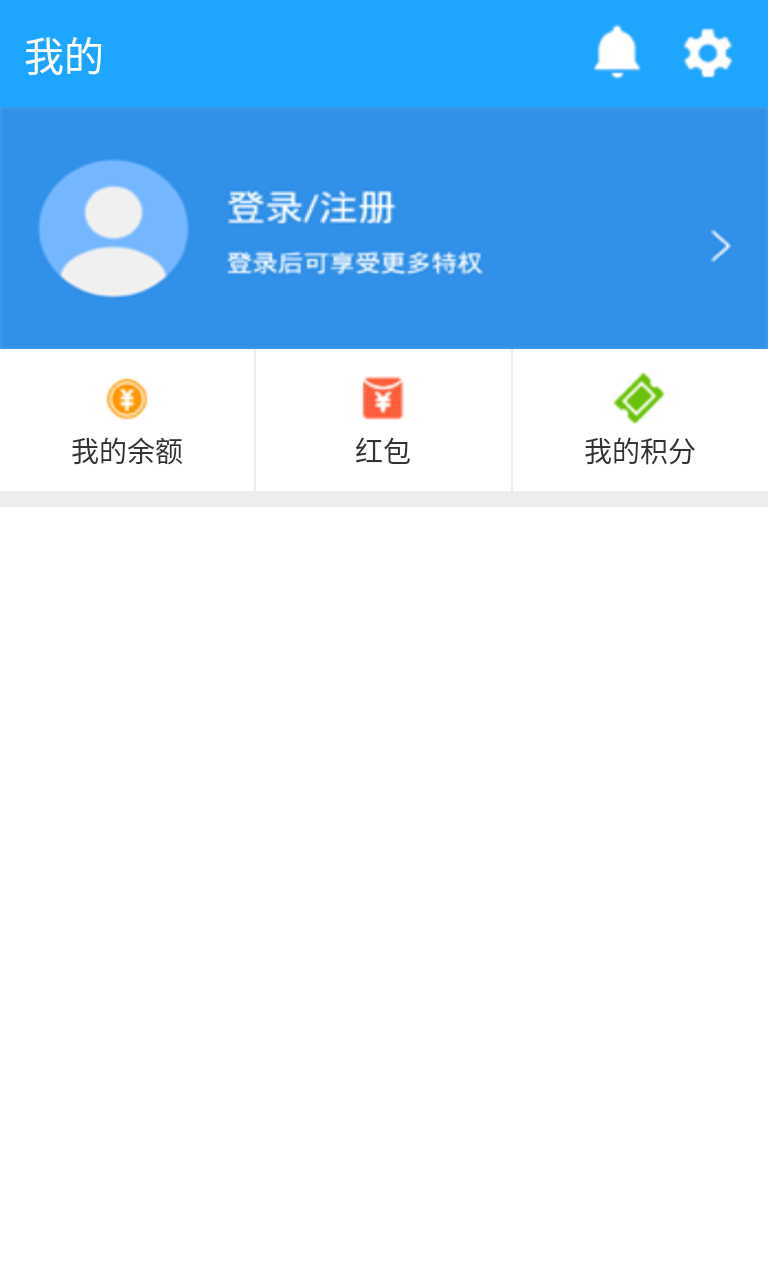
Repository: shi1hh/v
Layout: HungryTest/res/layout/fragment_wode.xml
These files come from the project's save history. The layout is drawn as it stood at one moment and after the next save; the edit follows.
It is drawn on a 768 x 1280 px phone screen (xhdpi) without system bars, with theme android:Theme.Light.NoTitleBar; the app's code is not run.

Above is the layout before, as saved 2015-10-25 11:56:36.

### HungryTest/res/layout/fragment_wode.xml
<?xml version="1.0" encoding="utf-8"?>
<LinearLayout xmlns:android="http://schemas.android.com/apk/res/android"
    android:layout_width="match_parent"
    android:layout_height="match_parent"
    android:orientation="vertical" >

    <RelativeLayout
        android:layout_width="match_parent"
        android:layout_height="wrap_content"
        android:background="@color/blackground" >

        <TextView
            style="@style/normal_text"
            android:layout_width="wrap_content"
            android:layout_height="wrap_content"
            android:layout_alignParentLeft="true"
            android:layout_alignParentTop="true"
            android:layout_centerVertical="true"
            android:background="@color/blackground"
            android:gravity="center"
            android:text="@string/wode_title" />

        <Button
            android:id="@+id/button2"
            android:layout_width="wrap_content"
            android:layout_height="wrap_content"
            android:layout_centerVertical="true"
            android:layout_marginRight="15dp"
            android:layout_toLeftOf="@+id/button1"
            android:background="@drawable/wodetitle1" />

        <Button
            android:id="@+id/button1"
            android:layout_width="wrap_content"
            android:layout_height="wrap_content"
            android:layout_alignParentRight="true"
            android:layout_centerVertical="true"
            android:layout_marginRight="15dp"
            android:background="@drawable/wodetitle2" />
    </RelativeLayout>

    <Button
        android:id="@+id/button3"
        android:layout_width="match_parent"
        android:layout_height="wrap_content"
        android:background="@drawable/wodeuserlogo" />

    <LinearLayout
        android:layout_width="match_parent"
        android:layout_height="wrap_content"
        android:background="@color/blackground2"
        android:orientation="horizontal"
        android:paddingBottom="8dp" >

        <TextView
            android:id="@+id/button5"
            android:layout_width="0dp"
            android:layout_height="wrap_content"
            android:layout_weight="1"
            android:background="@color/white"
            android:drawableTop="@drawable/wodewodeyue"
            android:gravity="center"
            android:padding="@dimen/padding_wode_yue_jifen_hongbao"
            android:text="@string/wode_wodeyue" />

        <TextView
            android:id="@+id/button4"
            android:layout_width="0dp"
            android:layout_height="wrap_content"
            android:layout_weight="1"
            android:background="@color/white"
            android:drawableTop="@drawable/wodehongbao"
            android:gravity="center"
            android:layout_marginLeft="1dp"
            android:layout_marginRight="1dp"
                        android:padding="@dimen/padding_wode_yue_jifen_hongbao"
            android:text="@string/wode_hongbao" />

        <TextView
            android:id="@+id/button6"
            android:layout_width="0dp"
            android:layout_height="wrap_content"
            android:layout_weight="1"
            android:background="@color/white"
            android:drawableTop="@drawable/wodejifen"
            android:gravity="center"
                        android:padding="@dimen/padding_wode_yue_jifen_hongbao"
            android:text="@string/wode_jifen" />
    </LinearLayout>

</LinearLayout>

### HungryTest/res/values/color.xml
<?xml version="1.0" encoding="utf-8"?>
<resources>
    <color name="sum">#ffffff</color>
    <color name="balance">#00FF7F</color>
    <color name="balance_text">#ffffff</color>
    <color name="lvlft_select">#ffffff</color>
    <color name="lvlft_black">#CFCFCF</color>
    <color name="white">#ffffff</color>
    <color name="navigation_bg">#F6F6F6</color>
      <color name="blackground">#1EA5FF</color>
      <color name="text_gray">#CCCCCC</color>
      <color name="waimai_divider">#EEEEEC</color>
      <color name="normal_text">#ffffff</color>
      <color name="blackground2">#eceeee</color>
      <color name="login_button">#60C04D</color>
      <color name="divider">#EEEEEC</color>
      <color name="text_gray_2">#8F8F8F</color>
      <color name="blackground_cart_listview">#F2F2F2</color>
      <color name="black">#FFFAFA</color>
      <color name="text1">#EE2C2C</color>
      <color name="text2">#DAA520</color>
</resources>

### HungryTest/res/values/styles.xml
<resources xmlns:android="http://schemas.android.com/apk/res/android">

    <!--
        Base application theme, dependent on API level. This theme is replaced
        by AppBaseTheme from res/values-vXX/styles.xml on newer devices.





    -->
    <style name="CartActionbar" parent="@android:style/Theme.Holo.Light">

        <!--
            Theme customizations available in newer API levels can go in
            res/values-vXX/styles.xml, while customizations related to
            backward-compatibility can go here.


        -->
        <item name="android:actionBarStyle">@style/CartActionbarBlackground
</item>
<item name="android:actionBarTabTextStyle">@style/CartActionbarTabText</item>
<item name="android:actionBarTabStyle">@style/CartActionbarBackground</item>
<item name="android:textSize">20sp</item>
<item name="android:homeAsUpIndicator">@drawable/back</item>
    </style>

    <style name="CartActionbarBlackground" parent="@android:style/Widget.Holo.Light.ActionBar">
        <item name="android:background">@color/blackground</item>
           <item name="android:gravity">center_horizontal</item>
           <item name="android:titleTextStyle">@style/MyActionBarTitleText</item>

    </style>
        <style name="MyActionBarTitleText" parent="@android:style/TextAppearance.Holo.Widget.ActionBar.Title">
        <item name="android:textColor">#fff</item>
    </style>
    <style name="CartActionbarTabText" parent="@android:style/Widget.ActionBar.TabText">
        <item name="android:textColor">@drawable/selector_cart_tab</item>
        <item name="android:gravity">center_horizontal</item>
    </style>
  <style name="CartActionbarBackground" parent="@android:style/Widget.ActionBar.TabBar" >
      <item name="android:background">@drawable/selector_cart_tab_background</item>
      <item name="android:gravity">center_horizontal</item>
      <item name="android:alignmentMode" >alignBounds</item>
  </style>


  <style name="Universal" parent="@android:style/Theme.Holo.Light">
        <item name="android:actionBarStyle">@style/CartActionbarBlackground
</item>
<item name="android:textSize">20sp</item>
<item name="android:homeAsUpIndicator">@drawable/back</item>
</style>







    <!-- Application theme. -->
    <style name="AppTheme" parent="AppBaseTheme">
        <!-- All customizations that are NOT specific to a particular API-level can go here. -->
    </style>




    <style name="text">
        <item name="android:textSize">10sp</item>
        <item name="android:gravity">center_horizontal</item>
    </style>

    <style name="waimai_tb_text">
        <item name="android:textSize">13sp</item>
        <item name="android:gravity">center_horizontal</item>
    </style>

    <style name="waimai_money_text">
        <item name="android:textColor">#FF3030</item>
        <item name="android:textSize">20sp</item>
    </style>

    <style name="back">
        <item name="android:textColor">#ffffff</item>
        <item name="android:textSize">30sp</item>
        <item name="android:text">←</item>
    </style>

    <!-- 外卖页面 -->
    <style name="waimai_store_name_textsize">
        <item name="android:textSize">20sp</item>
    </style>

    <style name="normal_text">
        <item name="android:textSize">20sp</item>
        <item name="android:textColor">#ffffff</item>
        <item name="android:padding">12dp</item>
    </style>
<!-- 登录页面 -->
    <style name="login_">
        <item name="android:textSize">20sp</item>
        <item name="android:textColor">#ffffff</item>
        <item name="android:padding">10dp</item>
        <item name="android:gravity">center</item>
        <item name="android:text">登录</item>
    </style>

    <style name="forget_psw">
        <item name="android:textColor">#1EA5FF
</item>
        <item name="android:text">忘记密码?</item>
    </style>

    <style name="login_message">
        <item name="android:textColor">#1EA5FF
</item>
        <item name="android:text">短信验证码登录</item>
    </style>
<!-- 发现页面 -->
    <style name="faxian_reward_btn">
        <item name="android:textColor">#ffffff</item>
        <item name="android:background">#FF4500</item>
        <item name="android:text">抽奖</item>
        <item name="android:padding">5dp</item>
    </style>

    <!-- 购物车 -->
   <style
       name="cart_menu_right_grouptext"
       ><item name="android:textColor">#777777</item>
<item name="android:textSize">15sp</item>
<item name="android:background">#F5F5F5</item>
<item name="android:padding">5dp</item></style>

   <style
       name="cart_menu_right_item_name"
       ><item name="android:textSize">20sp</item>
       <item name="android:textColor">#333333</item>
   </style>
   <style
       name="cart_menu_right_item_note"
       ><item name="android:textSize">12sp</item>
       <item name="android:textColor">#999999</item>
   </style>
   <style name="cart_menu_right_item_price">
       <item name="android:textColor">#FF3030</item>
       <item name="android:textSize">23sp</item>

   </style>
   <style
       name="cart_menu_right_item_count"
       ><item name="android:textColor">@color/blackground</item>
       <item name="android:textSize">20sp</item>
       <item name="android:layout_marginRight">5dp</item>
   </style>
   <style
       name="cart_menu_right_item_sells"
       ><item name="android:textColor">#999999</item>
   <item name="android:textSize">12sp</item>
   <item  name="android:layout_marginLeft">5dp</item></style>
   <style name="cart_menu_left_item_name" >
       <item
           name="android:textSize"
           >15sp</item>
       <item  name="android:textColor">#666666</item>
       <item name="android:layout_marginLeft">8dp</item>
   </style>
   <style name="cart_menu_car">
       <item name="android:height">50dp</item>
       <item name="android:background">#4E4E4E</item>
       <item name="android:alpha">0.8</item>
   </style>
   <!-- 出错页面 -->
   <style name="error_button">
       <item name="android:background"  >@color/blackground</item>
       <item name="android:textSize">20sp</item>
       <item name="android:text">重新加载</item>
       <item name="android:textColor">#ffffff</item>
       <item name="android:padding">5dp</item>
   </style>

   <!-- 商家页面 -->
   <style name="seller_name">
<item name="android:gravity">center</item>
       <item name="android:textSize">20sp</item>

   </style>
   <style name="seller_span_text">
       <item name="android:textColor">@color/text_gray_2</item>
       <item name="android:textSize">15sp</item>
       <item name="android:padding">20dp</item>
   </style>
   <style name="seller_announcement">
       <item name="android:textColor">#FF7256</item>
       <item name="android:text">商家公告</item>
       <item name="android:padding">12dp</item>
   </style>
   <style name="seller_introdu_text">
       <item name="android:text">商家简介</item>
       <item name="android:textColor">#9A9A9A</item>
       <item name="android:padding">12dp</item>
   </style>
   <style name="seller_introdu_content">
       <item name="android:textColor">#333333</item>
          <item name="android:padding">12dp</item>
          <item name="android:text">叫外卖，上饿了么！</item>
   </style>
   <style name="seller_detail"><item name="android:text">商家信息</item>
            <item name="android:textColor">#9A9A9A</item>
                   <item name="android:padding">12dp</item>
   </style>
   <style name="seller_detail_content"><item name="android:textColor">#333333</item>
              <item name="android:padding">12dp</item>
   </style>

   <!-- 评价页面 -->
   <style name="evaluate_service_text">
       <item name="android:textColor">#9A9A9A</item>
                <item name="android:padding">5dp</item>
                <item name="android:text">服务态度</item>
                <item name="android:textSize">13sp</item>
   </style>
   <style name="evaluate_goods_text">
         <item name="android:textColor">#9A9A9A</item>
                <item name="android:padding">5dp</item>
                <item name="android:text">菜品评分</item>
                                <item name="android:textSize">13sp</item>
                <item name="android:gravity">center</item>
   </style>
   <style name="evaluate_goods_score">
       <item name="android:textColor">#EE2C2C</item>
              <item name="android:padding">5dp</item>
                              <item name="android:textSize">13sp</item>
               <item name="android:text">分</item>
   </style>



</resources>

### HungryTest/res/values/strings.xml
<?xml version="1.0" encoding="utf-8"?>
<resources>

    <string name="app_name">HungryTest</string>
    <string name="hello_world">Hello world!</string>
    <string name="action_settings">Settings</string>
    <string name="navigation1">外卖</string>
 <string name="navigation2">订单</string>
  <string name="navigation3">发现</string>
   <string name="navigation4">我</string>
   <string name="waimai_tb1">便利店</string>
    <string name="waimai_tb2">品牌馆</string>
     <string name="waimai_tb3">水果</string>
      <string name="waimai_tb4">鲜花蛋糕</string>
       <string name="waimai_tb5">新店特惠</string>
        <string name="waimai_tb6">夜宵</string>
         <string name="waimai_tb7">预定早餐</string>
         <string name="dingdan_text1">订单</string>
         <string name="login_reg">注册</string>
         <string name="back">←</string>
         <string name="dingdan_dingdan">订单</string>
         <string name="dingdan_breakfast">早餐订单</string>
         <string name="login_psw_hint">登录密码</string>
         <string name="login_user_hint">手机/邮箱/用户名</string>
         <string name="login_login">登录</string>
         <string name="login_wx">微信</string>
         <string name="login_qq">QQ</string>
         <string name="login_xl">微博</string>
         <string name="faxian_logo">发现</string>
         <string name="faxian_xianshihaoli">限时好礼</string>
         <string name="faxian_gengduohaoli">更多好礼  ></string>
         <string name="faxian_gengduohaoli_button">更多好礼</string>
         <string name="wode_title">我的</string>
         <string name="wode_wodeyue">我的余额</string>
         <string name="wode_hongbao">红包</string>
         <string name="wode_jifen">我的积分</string>
         <string name="cart_tab_menu">菜单</string>
         <string name="cart_tab_evaluate">评价</string>
         <string name="cart_tab_seller">商家</string>
         <string name="seller_speed">分钟\n平均送餐时间</string>
         <string name="seller_min">元\n起送价</string>
         <string name="seller_dispatch">元\n配送费</string>
</resources>

### HungryTest/res/values/dimens.xml
<resources>

    <!-- Default screen margins, per the Android Design guidelines. -->
    <dimen name="activity_horizontal_margin">16dp</dimen>
    <dimen name="activity_vertical_margin">16dp</dimen>
<dimen name="login_usertop_margin">13dp</dimen>
<dimen  name="login_user_pendding">17dp</dimen>
<dimen name="divider_large">10dp</dimen>
<dimen name="divider_small">1dp</dimen>
<dimen name="faxian_timelimi">20sp</dimen>
<dimen name="padding_faxian_timelimi">10dp</dimen>
<dimen name="padding_faxian_gengduohaoli">5dp</dimen>
<dimen name="padding_faxian_gengduohaoli_btn">20dp</dimen>

<dimen name="padding_wode_yue_jifen_hongbao">10dp</dimen>

</resources>

After the next save:
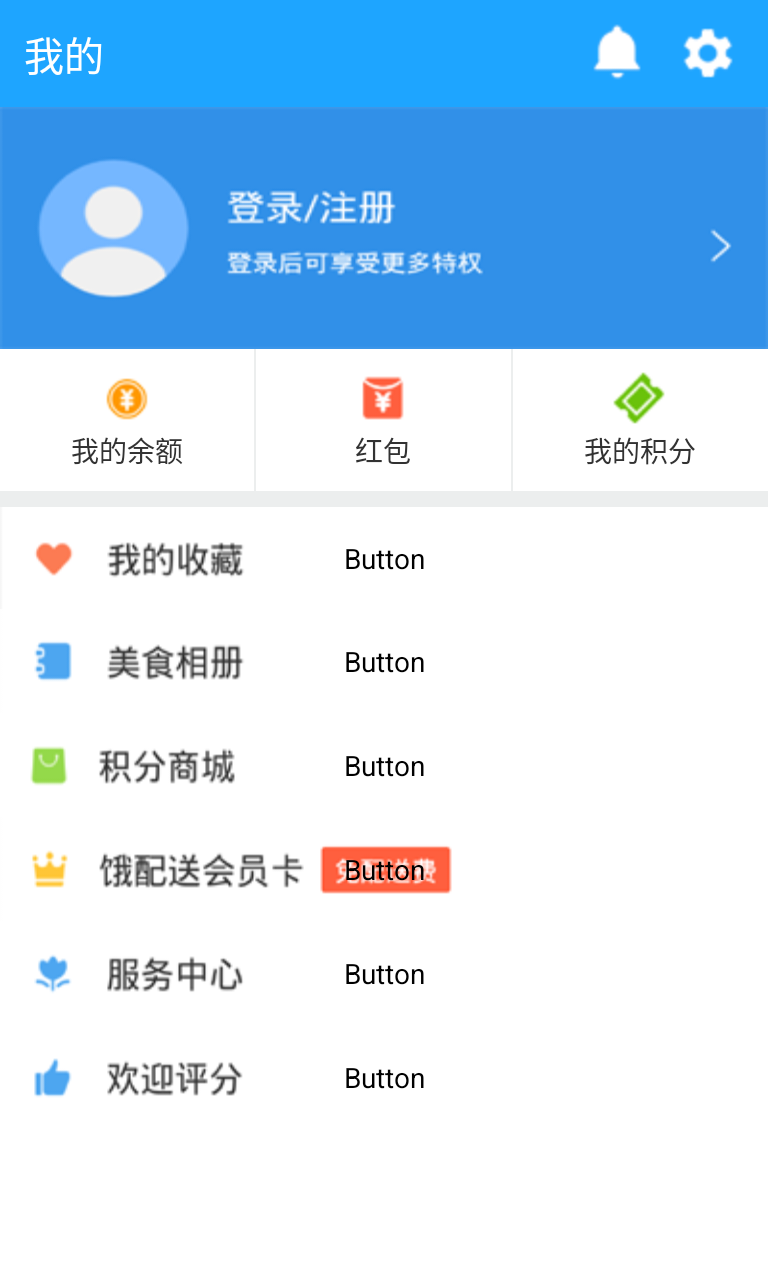
Saved 3 h 3 min later.
--- a/HungryTest/res/layout/fragment_wode.xml
+++ b/HungryTest/res/layout/fragment_wode.xml
@@ -88,4 +88,46 @@
             android:text="@string/wode_jifen" />
     </LinearLayout>
 
+    <Button
+        android:id="@+id/button7"
+        android:layout_width="wrap_content"
+        android:layout_height="wrap_content"
+        android:text="Button"
+        android:background="@drawable/wodewodeshoucan" />
+
+    <Button
+        android:id="@+id/button8"
+        android:layout_width="wrap_content"
+        android:layout_height="wrap_content"
+        android:background="@drawable/wodemeishixiangce"
+        android:text="Button" />
+
+    <Button
+        android:id="@+id/button9"
+        android:layout_width="wrap_content"
+        android:layout_height="wrap_content"
+        android:background="@drawable/wodejifenshangcheng"
+        android:text="Button" />
+
+    <Button
+        android:id="@+id/button10"
+        android:layout_width="wrap_content"
+        android:background="@drawable/wodefanpeisong"
+        android:layout_height="wrap_content"
+        android:text="Button" />
+
+    <Button
+        android:id="@+id/button11"
+        android:layout_width="wrap_content"
+        android:layout_height="wrap_content"
+        android:background="@drawable/wodefuwuzhongxin"
+        android:text="Button" />
+
+    <Button
+        android:id="@+id/button12"
+        android:layout_width="wrap_content"
+        android:layout_height="wrap_content"
+        android:background="@drawable/wodehuanyingpingfen"
+        android:text="Button" />
+
 </LinearLayout>
